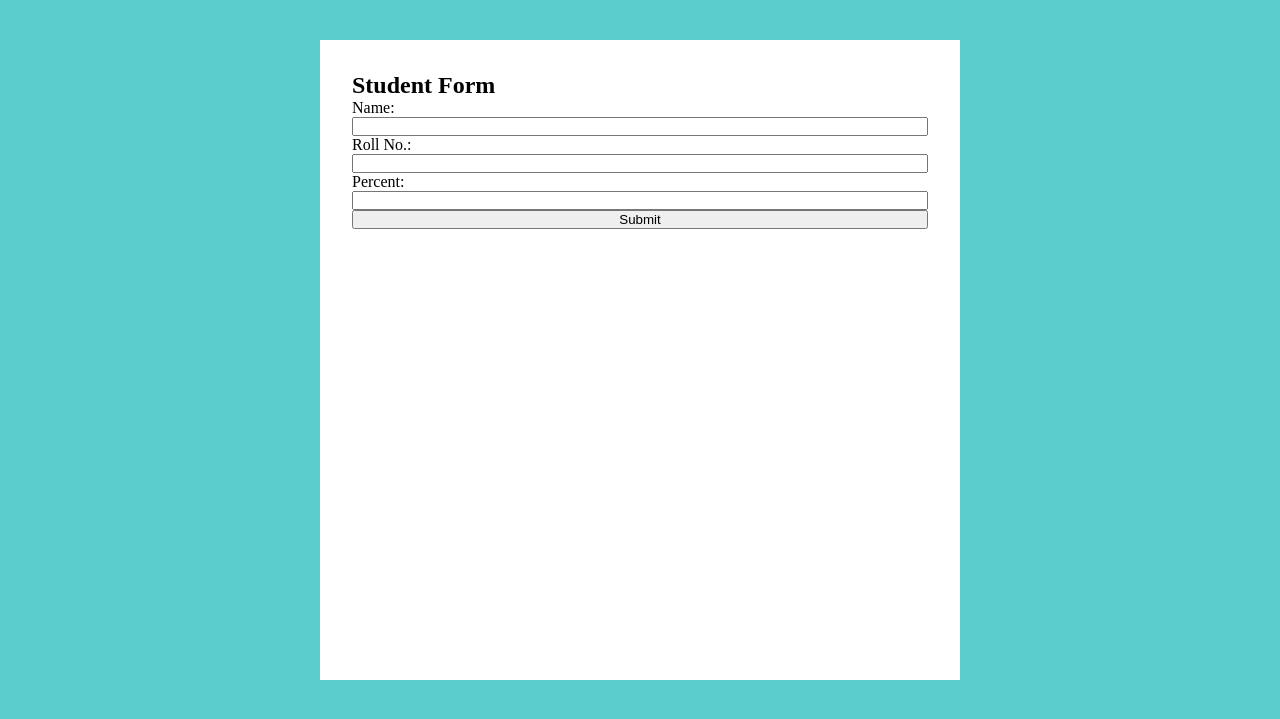
Repository: deeptimahisare1206/Todo_List
Page: http://localhost/Hib_Nest/
The author's editor kept a copy of each file at every save. The page is drawn from the files as they stood at one save, then again after the next save.
The browser window is 1280 px wide. The pictures show the whole page.
The page is served by Tomcat 10.

Above is the page before, as saved 2024-11-09 11:05:36.

After the next save:
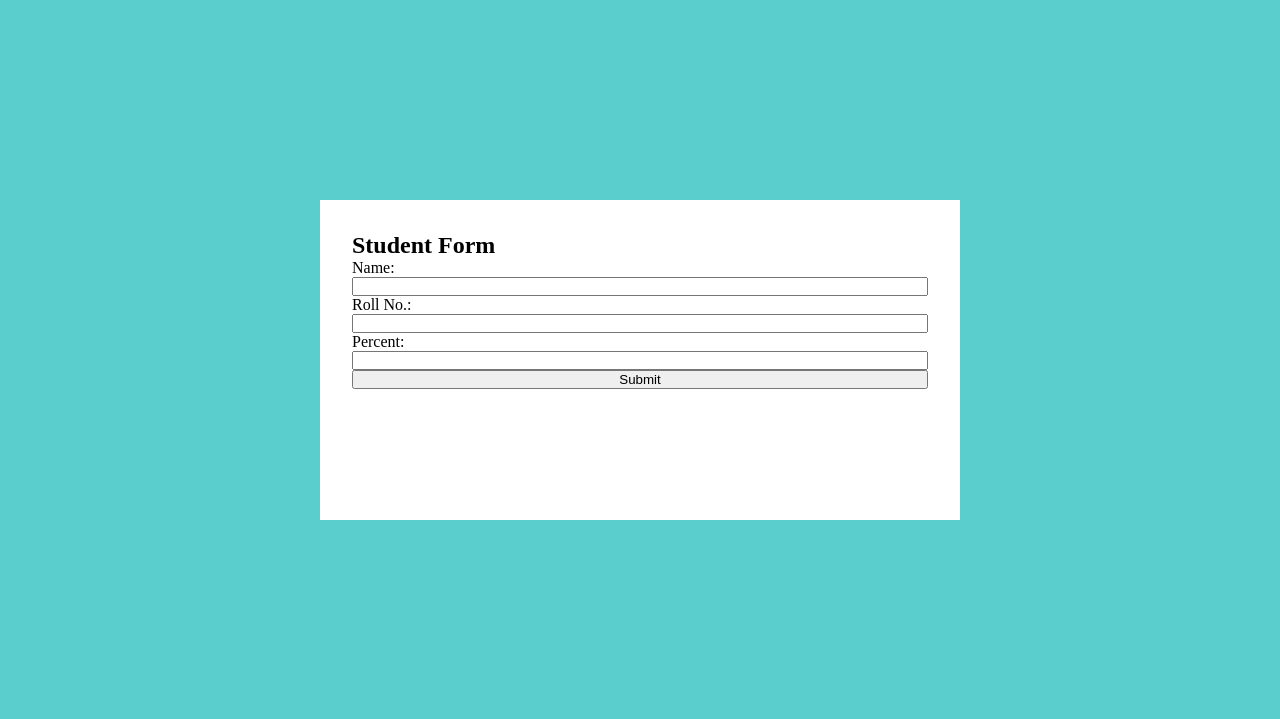
Saved 8 s later.
--- a/Hib_Nest/src/main/webapp/index.jsp
+++ b/Hib_Nest/src/main/webapp/index.jsp
@@ -20,7 +20,7 @@ place-items:center;
 div{
 padding:2rem;
 	background-color: white;
-	height: 40rem;
+	height: 20rem;
 	width:50vw;
 }
 form{
